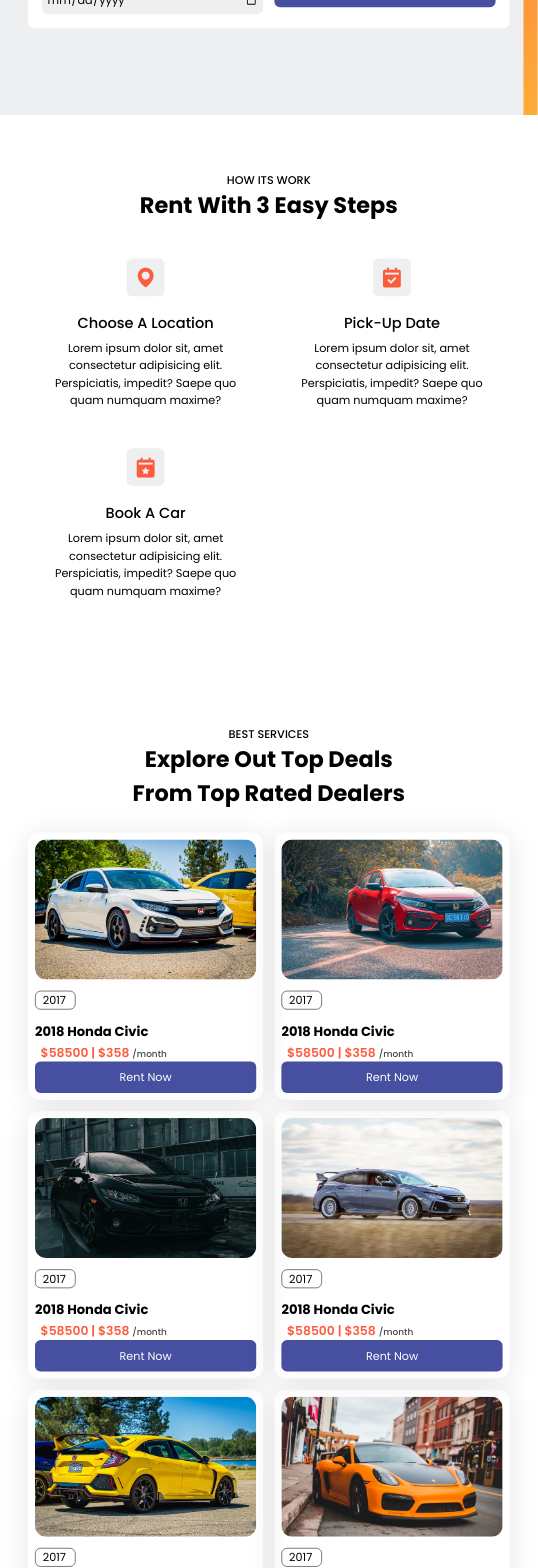
Repository: douglasabnovato/car-rental
Page: index.html
The author's editor kept a copy of each file at every save. The page is drawn from the files as they stood at one save, then again after a run of saves.
The browser window is 768 px wide. The pictures show the part of the page from y = 636 to 2876 px (the page is 4778 px tall before and 5024 px after), at 70% of full size.

Above is the page before, as saved 2025-05-16 21:54:16.

After the next 2 saves:
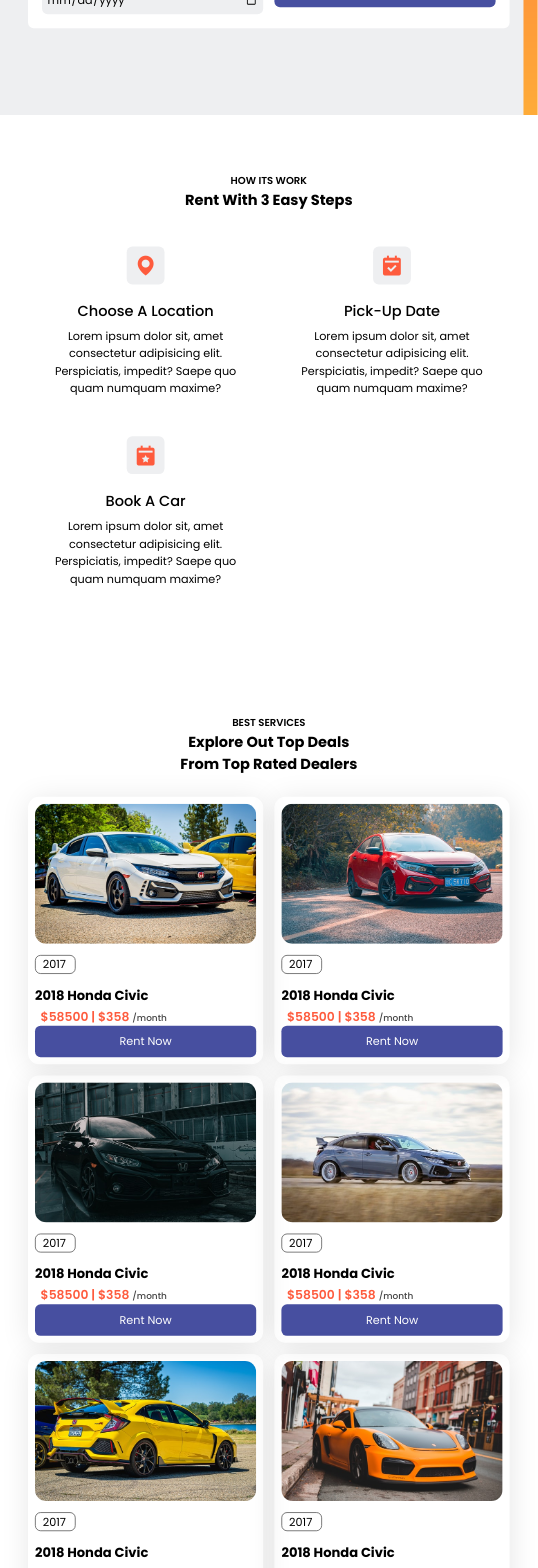
The 2 saves are shown as one change because they came seconds apart.
The last was saved 7 min 48 s later.
--- a/style.css
+++ b/style.css
@@ -494,7 +494,7 @@ header {
     text-align: left;
   }
 
-  .navbar.active{
+  .navbar.active {
     top: 100%;
   }
 
@@ -514,4 +514,18 @@ header {
   .navbar a::after {
     display: none;
   }
-}
+
+  .heading span {
+    font-size: 0.9rem;
+    font-weight: 600;
+  }
+
+  .heading h1 {
+    font-size: 1.3rem;
+  }
+
+  .about-container {
+    grid-template-columns: 1fr;
+    text-align: center;
+  }
+}
